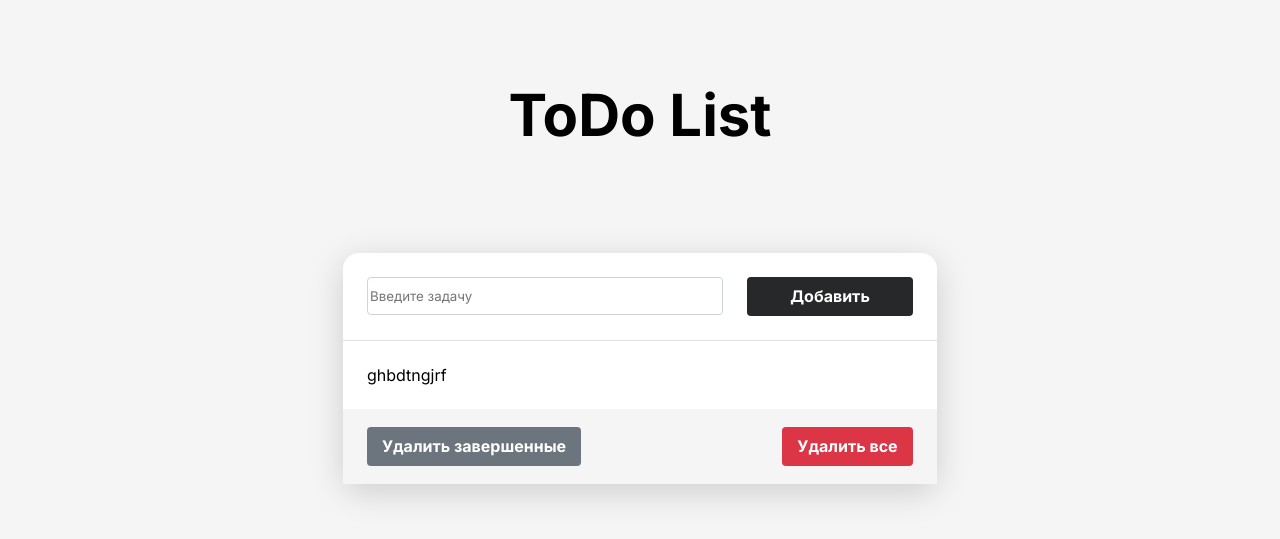
Repository: Tchistyakov/todolist
Page: /
The author's editor kept a copy of each file at every save. The page is drawn from the files as they stood at one save, then again after the next save.
The browser window is 1280 px wide. The pictures show the whole page.
The project was rebuilt for these pictures with package versions that can differ from the ones it lists, and the page was loaded fresh each time.

Above is the page before, as saved 2021-11-26 14:45:48.

After the next save:
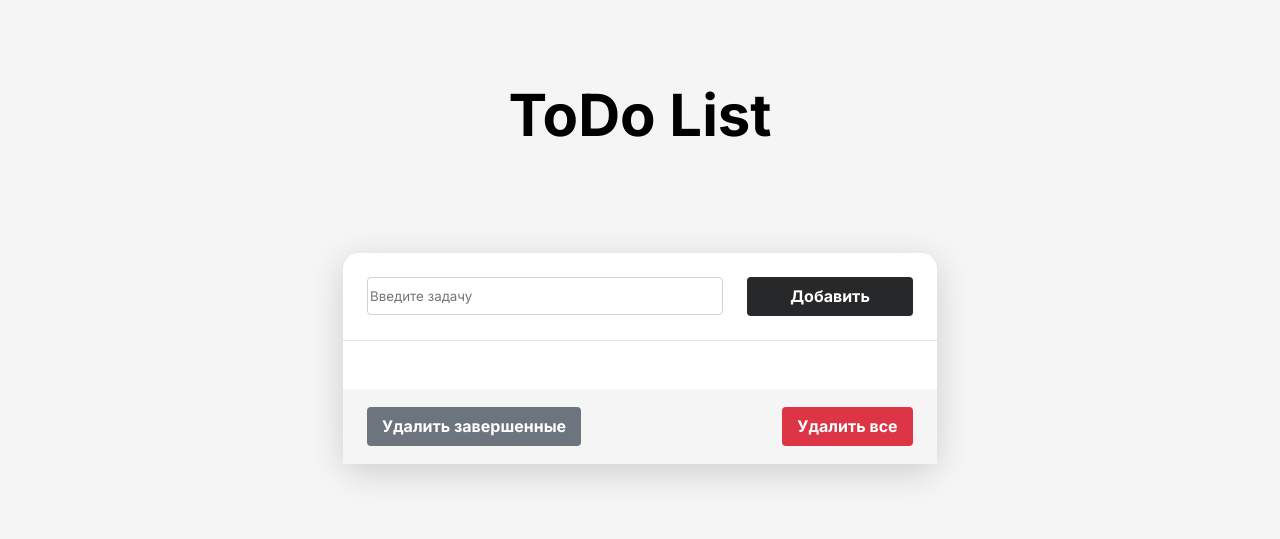
Saved 45 s later.
--- a/src/Main/Main.js
+++ b/src/Main/Main.js
@@ -2,7 +2,7 @@ import React, { useState } from "react";
 
 function Main() {
 
-    const [todos, setTodos] = useState(['ghbdtn', 'gjrf'])
+    const [todos, setTodos] = useState([])
     const [todoList, setTodoList] = useState('')
 
     function add() {
